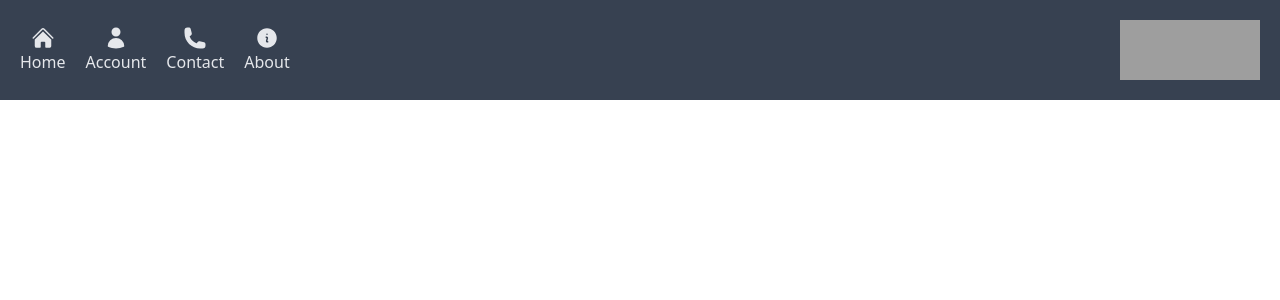
Repository: lyvandat/imdb-movie
Page: /
These files come from the project's save history. The page is drawn as it stood at one moment and after the next save; the edit follows.
The browser window is 1280 px wide. The pictures show the whole page.
Pictures or frames that could not be fetched are drawn as grey boxes. The project was rebuilt for these pictures with package versions that can differ from the ones it lists, and the page was loaded fresh each time. The framework's server and built-in components were replaced by stand-ins that run in the browser. Also part of the build but not shown: next.config.js.

Above is the page before, as saved 2022-10-04 10:34:51.

After the next save:
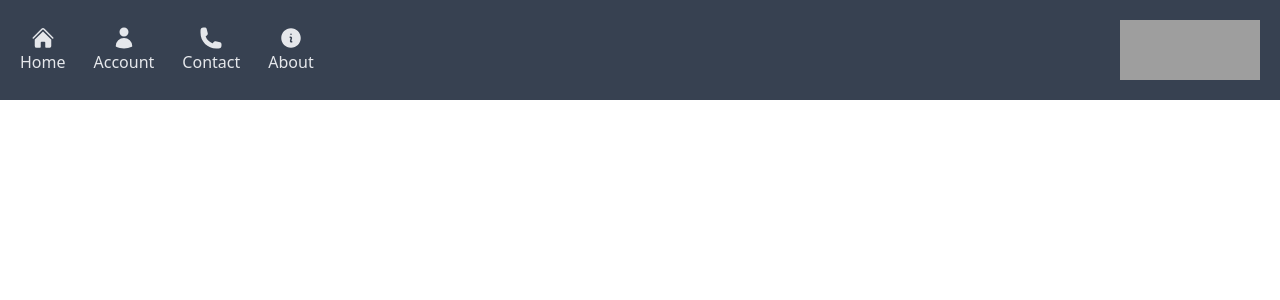
Saved 59 s later.
--- a/components/Header.js
+++ b/components/Header.js
@@ -13,7 +13,7 @@ import Link from "next/link";
 function Header() {
   return (
     <section className="flex flex-col p-5 items-center sm:flex-row sm:justify-between bg-gray-700 select-none text-gray-200 ">
-      <ul className="flex space-x-5 mb-5 sm:mb-0 items-center">
+      <ul className="flex space-x-5 mb-5 sm:space-x-7 sm:mb-0 items-center">
         <li className="flex flex-col items-center hover:text-white active:text-red-500">
           <HomeIcon className="h-6" />
           <p>Home</p>
